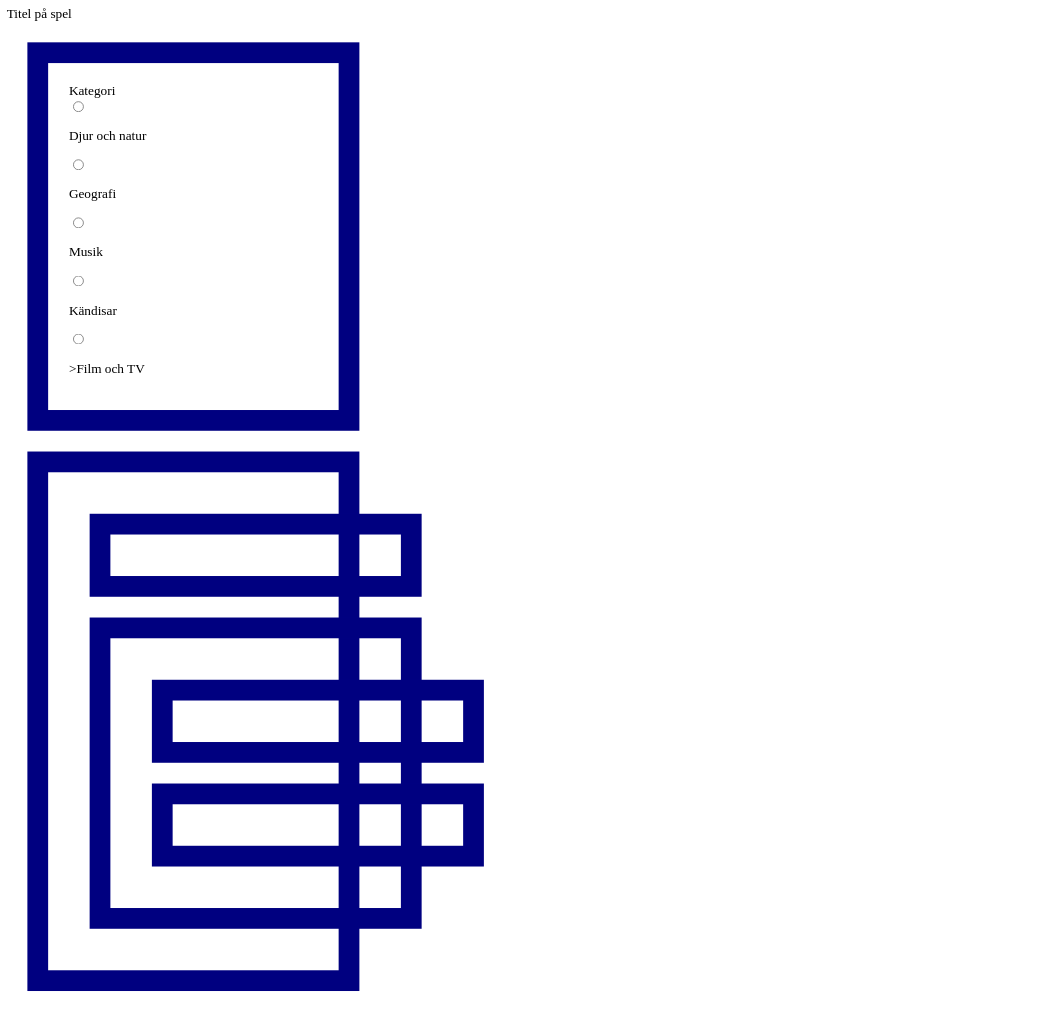
Repository: ed222gg/project2
Page: pages/start.html
The author's editor kept a record of every edit. The page is drawn from the files as they stood at one moment, then again after the next edit.
The browser window is 1280 px wide. The pictures show the whole page, at 83% of full size.

Above is the page before.

After the next edit:
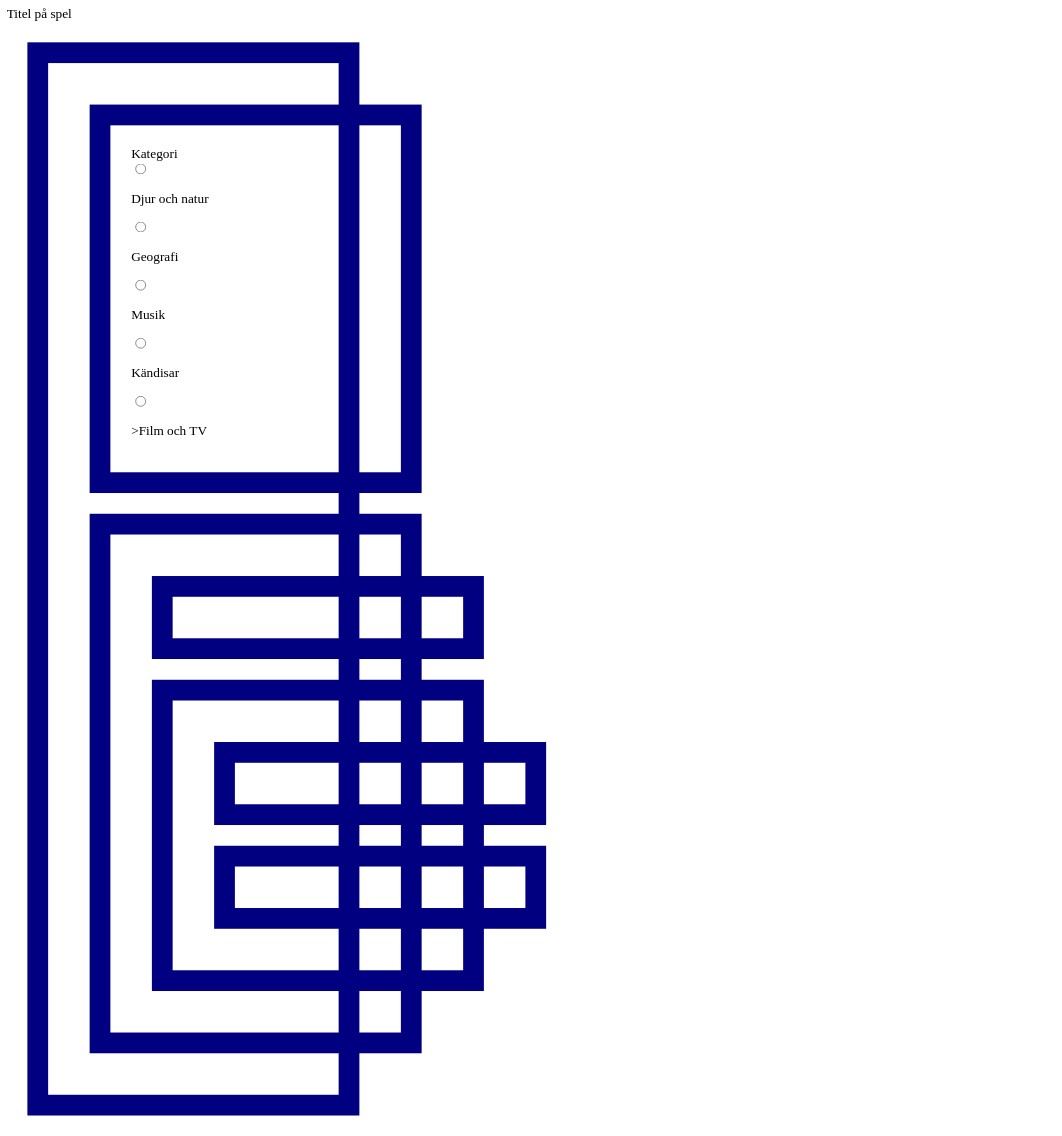
The edit:
--- a/css/style.css
+++ b/css/style.css
@@ -4,8 +4,10 @@
 
 main{
     margin-right:44px;
-}
-
+width: 300px;
+    padding: 25px;
+    border: 25px solid navy;
+    margin: 25px;}
 header{}
 
 #template{ }
